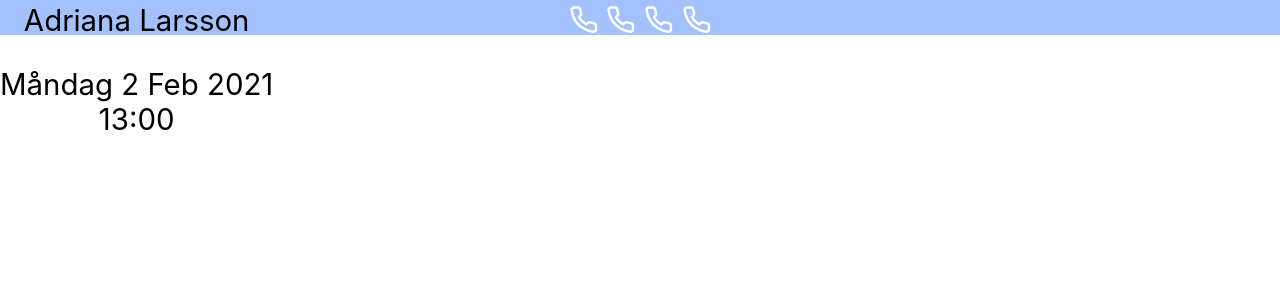
Repository: AdrianaLarsson/learning-react-adriana
Page: /
These files come from the project's save history. The page is drawn as it stood at one moment and after a run of saves; the edit follows.
The browser window is 1280 px wide. The pictures show the whole page.
The project was rebuilt for these pictures with package versions that can differ from the ones it lists, and the page was loaded fresh each time. Also part of the build but not shown: src/components/pixiLearn/pixi-learning.js, src/components/pixiLearn/reactTimline/timelinegant.js.

Above is the page before, as saved 2021-02-17 13:27:42.

After the next 4 saves:
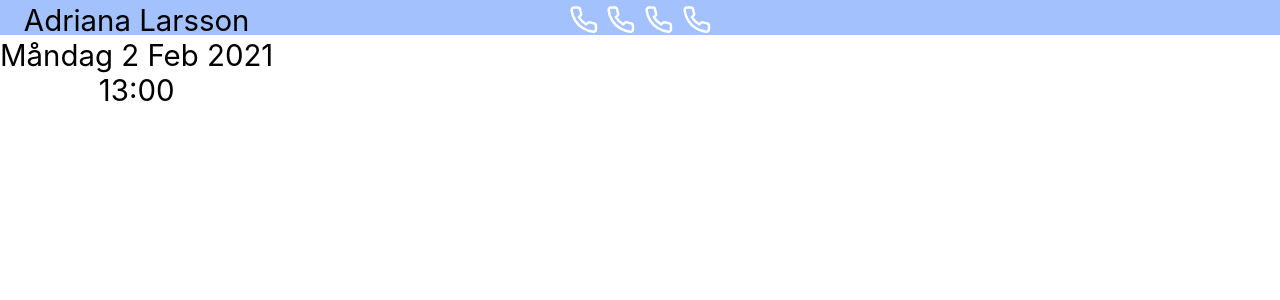
The 4 saves are shown as one change because they came seconds apart.
The last was saved 26 s later.
--- a/src/components/pixiLearn/waypoint-mobile/box-name-day-time.js
+++ b/src/components/pixiLearn/waypoint-mobile/box-name-day-time.js
@@ -7,7 +7,7 @@ function boxNameDayTime() {
     return (
 <Container className="box">
   <Row>
-    <Col><p>Adriana Larsson</p></Col>
+    <Col>Adriana Larsson</Col>
     <Col>Måndag 2 Feb 2021</Col>
     <Col>13:00</Col>
   </Row>
